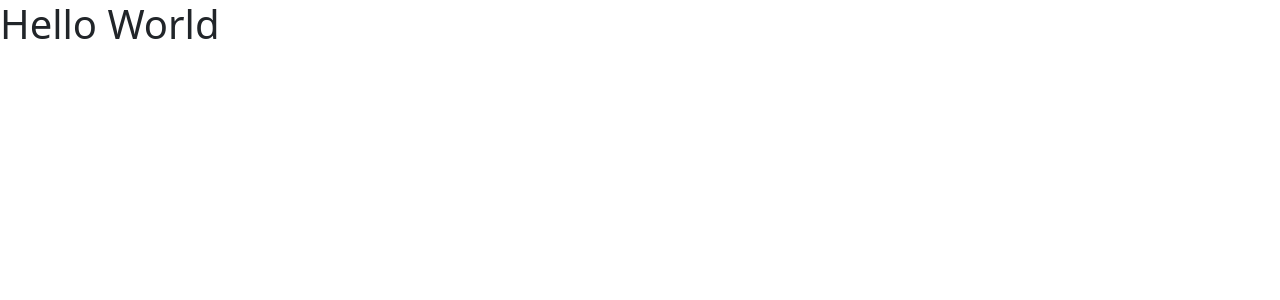
Repository: NickArregoces/Task_Crud
Page: http://localhost/
These files come from the project's save history. The page is drawn as it stood at one moment and after the next save; the edit follows.
The browser window is 1280 px wide. The pictures show the whole page.
Some web libraries are served in a nearby version. The page is run by PHP 8.4 with error messages shown; the project is at /var/www/html/.

Above is the page before, as saved 2022-03-17 16:28:53.

After the next save:
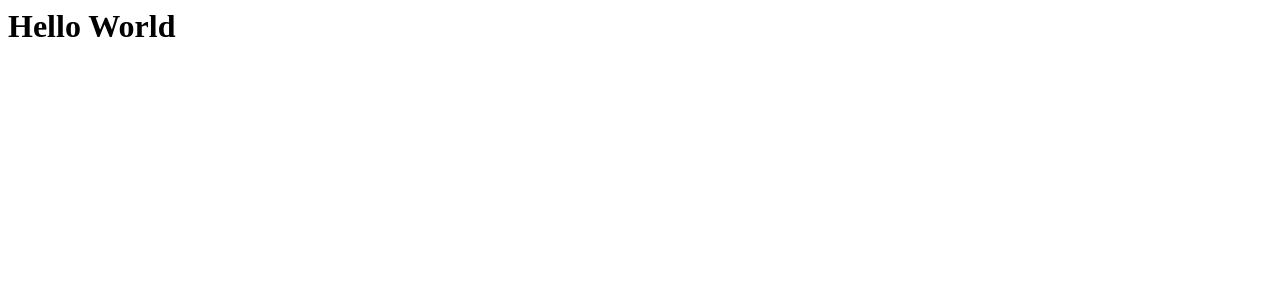
Saved 80 s later.
--- a/index.php
+++ b/index.php
@@ -1,17 +1,6 @@
 <?php include("db.php") ?>
 
-<!DOCTYPE html>
-<html lang="en">
-<head>
-    <meta charset="UTF-8">
-    <meta http-equiv="X-UA-Compatible" content="IE=edge">
-    <meta name="viewport" content="width=device-width, initial-scale=1.0">
-    <title>Task</title>
-    <!--Bootstrap-->
-    <link href="https://cdn.jsdelivr.net/npm/bootstrap@5.1.3/dist/css/bootstrap.min.css" rel="stylesheet" integrity="sha384-1BmE4kWBq78iYhFldvKuhfTAU6auU8tT94WrHftjDbrCEXSU1oBoqyl2QvZ6jIW3" crossorigin="anonymous">
-
-</head>
-<body>
+<?php include("includes/header.php") ?>
     <h1>Hello World</h1>
 </body>
     <!--Scripts-->
